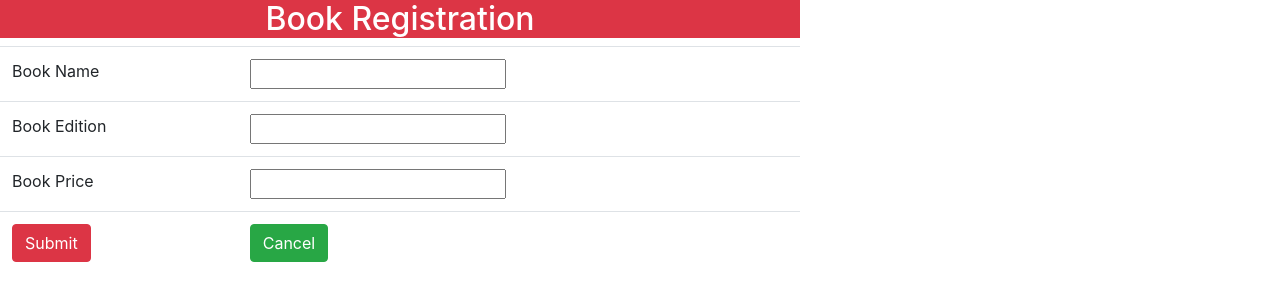
Repository: meriam0000/servlet
Page: BookWebApp/src/main/webapp/Home.html
The author's editor kept a copy of each file at every save. The page is drawn from the files as they stood at one save, then again after the next save.
The browser window is 1280 px wide. The pictures show the whole page.

Above is the page before, as saved 2024-02-12 20:49:32.

After the next save:
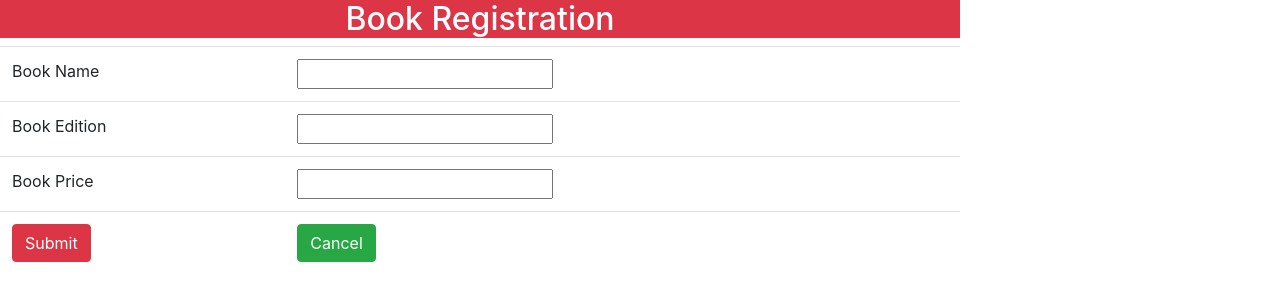
Saved 11 s later.
--- a/BookWebApp/src/main/webapp/Home.html
+++ b/BookWebApp/src/main/webapp/Home.html
@@ -5,7 +5,7 @@
 <title>Book Registration</title>
 <link rel="stylesheet"  href="css/bootstrap.css ">
 </head>
-<body class="container-fluid-card" style="width:50rem;" >
+<body class="container-fluid-card" style="width:60rem;" >
 <h2 class="bg-danger text-white text-center">Book Registration </h2>
 <form action="register" method="post" >
 <table class="table table-hover" >
